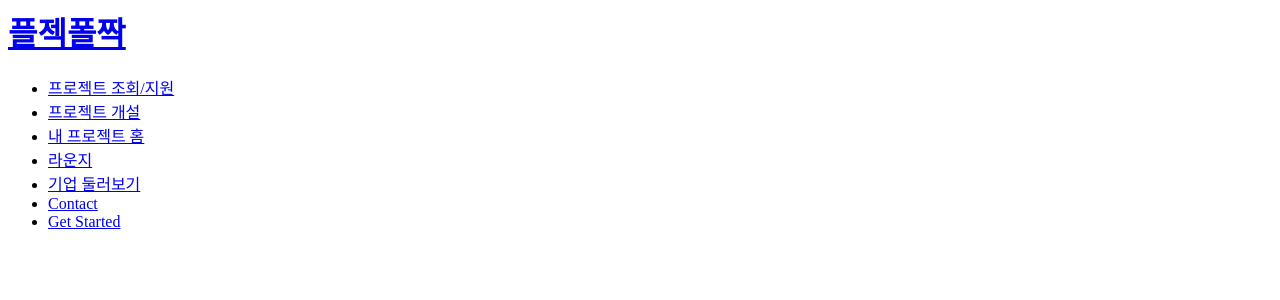
Repository: POLLJJAK/POLLJJAK
Page: http://localhost/POLLJJAK/common/Nav.jsp
These files come from the project's save history. The page is drawn as it stood at one moment and after the next save; the edit follows.
The browser window is 1280 px wide. The pictures show the whole page.
The page is served by Tomcat 9.

Above is the page before, as saved 2022-12-18 09:56:01.

After the next save:
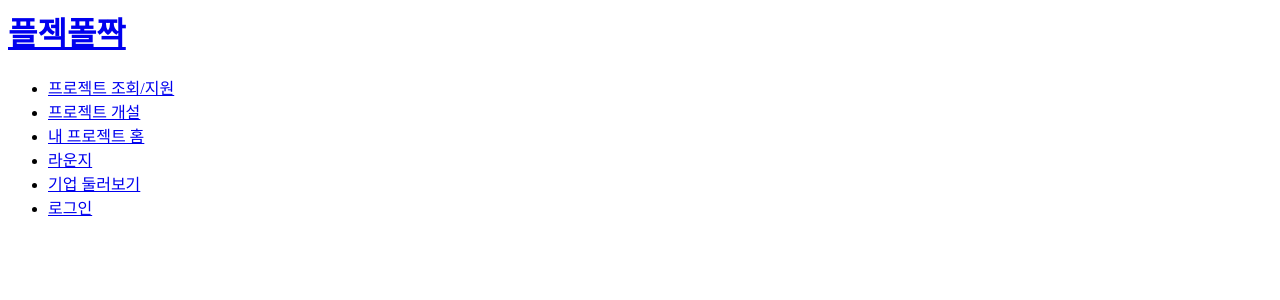
Saved 29 s later.
--- a/POLLJJAK/WebContent/common/Nav.jsp
+++ b/POLLJJAK/WebContent/common/Nav.jsp
@@ -37,9 +37,10 @@
               <li><a href="#">Drop Down 3</a></li>
               <li><a href="#">Drop Down 4</a></li>
             </ul>
-          </li> -->
+          </li>
           <li><a class="nav-link scrollto" href="#contact">Contact</a></li>
-          <li><a class="getstarted scrollto" href="#about">Get Started</a></li>
+          -->
+          <li><a class="getstarted scrollto" href="#about">로그인</a></li>
         </ul>
         <i class="bi bi-list mobile-nav-toggle"></i>
       </nav><!-- .navbar -->
